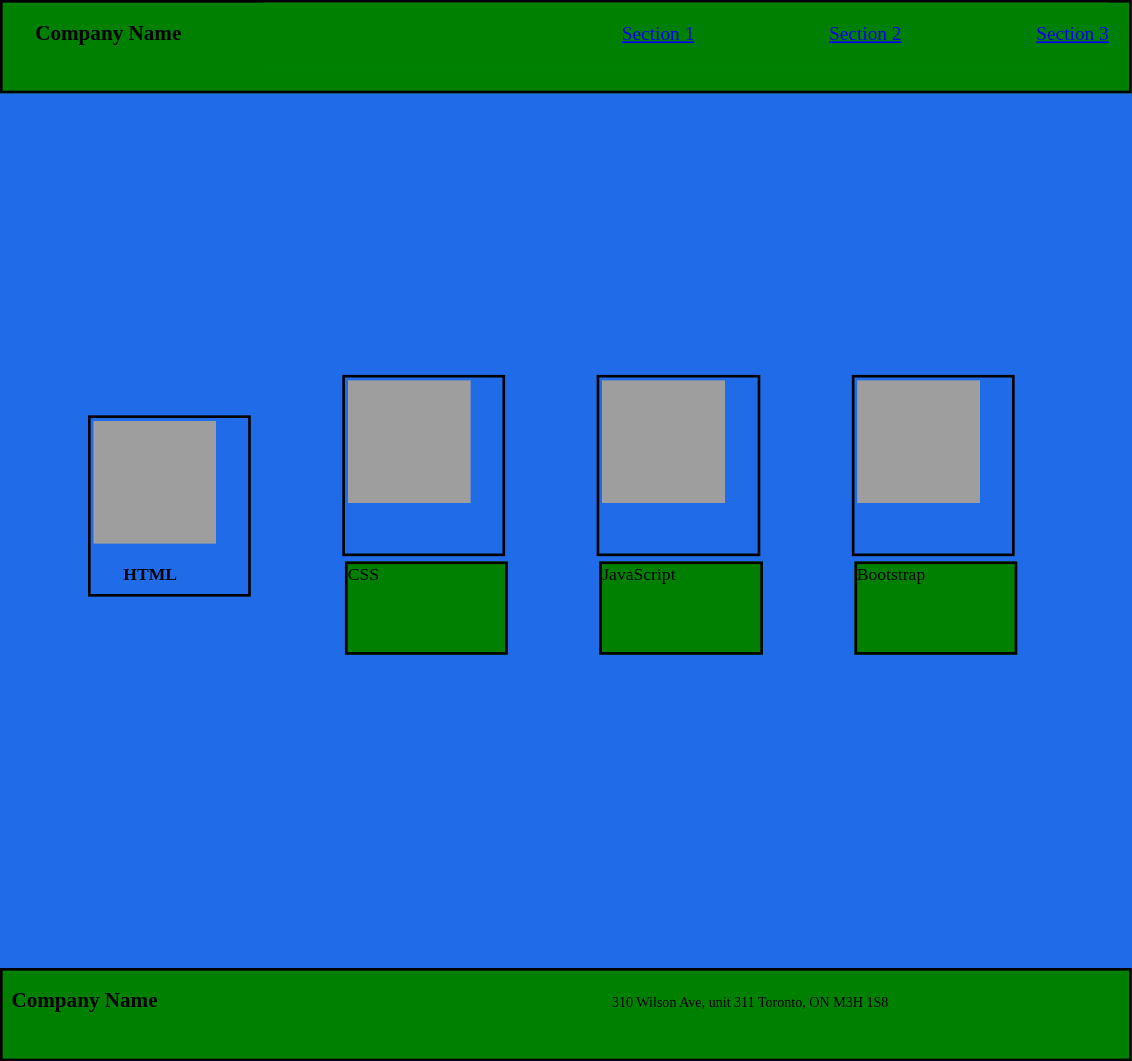
Repository: helloneibor/Project2
Page: section1.html
The author's editor kept a record of every edit. The page is drawn from the files as they stood at one moment, then again after the next edit.
The browser window is 1280 px wide. The page is 1286 px wide, so the pictures cover 1286 px, including what lies to the right of the window. The pictures show the whole page, at 88% of full size.
Pictures or frames that could not be fetched are drawn as grey boxes.

Above is the page before.

After the next edit:
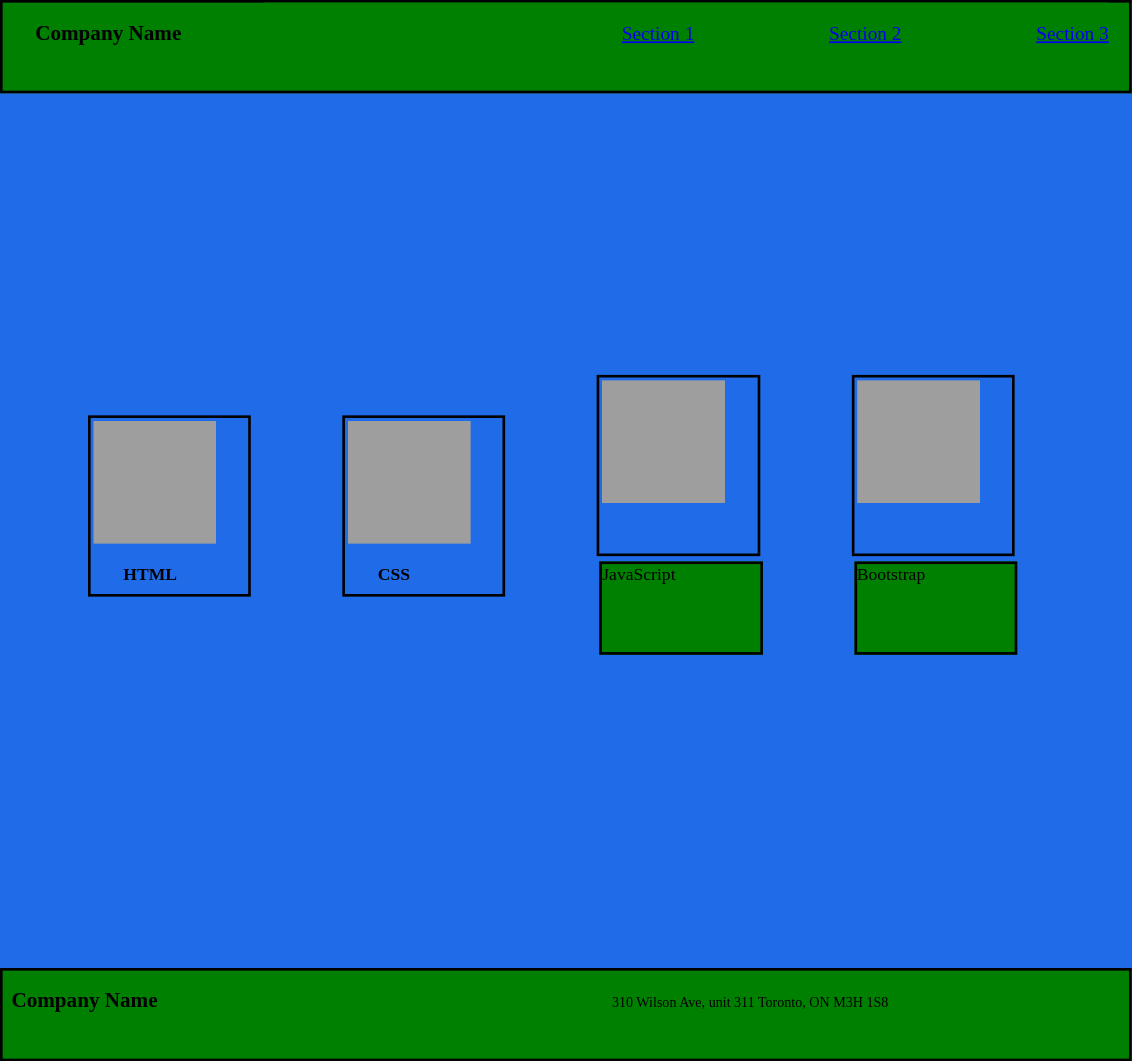
The edit:
--- a/section1.html
+++ b/section1.html
@@ -29,7 +29,7 @@
                         <a href="https://en.wikipedia.org/wiki/Cascading_Style_Sheets" target=_blank>
                         <img class="img_one" src="https://www.mishelshaji.com/wp-content/uploads/2018/10/css3_logo.png" alt="https://en.wikipedia.org/wiki/Cascading_Style_Sheets"></img>
                         </a>
-                            <footer class="div_foot"> CSS </footer>
+                            <h2 class="div_foot"> CSS </footer>
                     </div>
                         <div>
                         <a href="https://www.javascript.com/" target=_blank>
